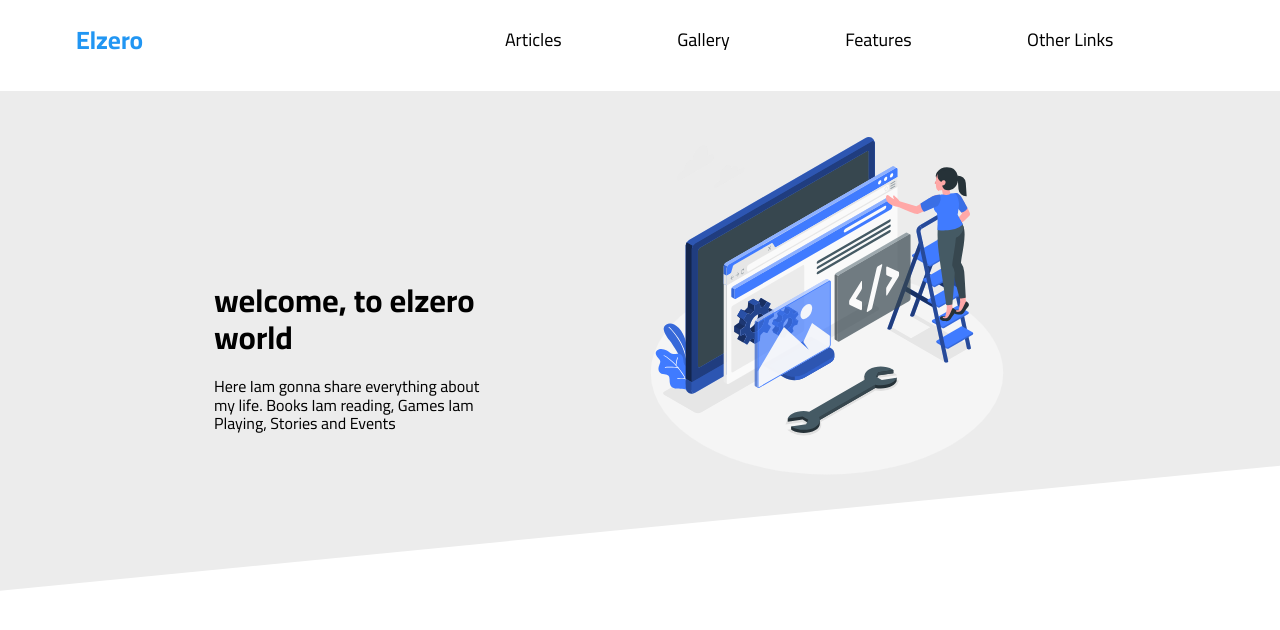
Repository: Toqa-25/elzeroAcdemey-Templete
Page: index.html
An editor plug-in stored every save of this project. The page is shown before and after the next save, followed by the edit.
The browser window is 1280 px wide. The pictures show the whole page.

Above is the page before, as saved 2022-01-16 21:30:49.

### index.html
<!DOCTYPE html>
<html lang="en">
<head>
    <meta charset="UTF-8">
    <meta http-equiv="X-UA-Compatible" content="IE=edge">
    <meta name="viewport" content="width=device-width, initial-scale=1.0">
    <!-- normalize file -->
    <link rel="stylesheet" href="css/normalize.css">
    <!-- css files -->
    <link rel="stylesheet" href="css/style.css">
    <!-- fontAwosem file -->
    <link rel="stylesheet" href="css/all.min.css">
     <!-- font files -->
     <link rel="preconnect" href="https://fonts.googleapis.com">
    <link rel="preconnect" href="https://fonts.gstatic.com" crossorigin>
    <link href="https://fonts.googleapis.com/css2?family=Cairo:wght@200;400;700;800;900&display=swap" rel="stylesheet">
    <!-- page title -->
    <title>templete 3</title>
</head>
<body>
    <!-- header section -->
    <header id="" class="">
        <div class="container">
            <div class="header-content">
                <div class="header-content-logo">
                    <a href="index.html" class="logo link-none">Elzero</a>
                </div>
                <nav>
                    <ul class="nav-list unlist">
                        <li class="nav-list-item"> <a href="" class="link-none  link-style" id="articles">articles</a></li>
                        <li class="nav-list-item"> <a href="" class="link-none  link-style" id="gallery">gallery</a></li>
                        <li class="nav-list-item"> <a href="" class="link-none  link-style" id="features">features</a></li>
                        <li class="nav-list-item" id="parent-other-links"> <a href="javascript:;" class="link-none  link-style " >other links</a>
                            <div class="other-links " id="child-other-links">
           <div class="other-links-content">
            <div class="other-links-content-img">
                <img src="images/header/Video files-amico.svg" alt="">
            </div>

            <ul class="other-links-list unlist">
            <div class="other-links-list-group-one">
              <li id="" class="other-links-list-item"><a href="" class="link-none  link-style "><i class="far fa-comments"></i> testimonials</a></li>
              <li id="" class="other-links-list-item"><a href="" class="link-none  link-style "><i class="far fa-user"></i> team member</a></li>
              <li id="" class="other-links-list-item"><a href="" class="link-none  link-style"><i class="far fa-building"></i> services</a></li>
              <li id="" class="other-links-list-item"><a href="" class="link-none  link-style"><i class="far fa-check-circle"></i> our skils</a></li>
              <li id="" class="other-links-list-item"><a href="" class="link-none  link-style"><i class="far fa-clipboard"></i> how it work</a></li>
            </div>
            <div class="other-links-list-group-one">
                <li id="" class="other-links-list-item"><a href="" class="link-none  link-style"><i class="far fa-calendar-alt"></i> events</a></li>
                <li id="" class="other-links-list-item"><a href="" class="link-none  link-style"><i class="fas fa-server"></i> pricing planes</a></li>
                <li id="" class="other-links-list-item"><a href="" class="link-none  link-style"><i class="far fa-play-circle"></i> top video</a></li>
                <li id="" class="other-links-list-item"><a href="" class="link-none  link-style"><i class="fas fa-chart-bar"></i> states</a></li>
                <li id="" class="other-links-list-item"><a href="" class="link-none  link-style"><i class="fas fa-percent"></i> request a discount</a></li>
            </div>
        </ul>
       </div>
       </div>
                        </li>

                    </ul>
                </nav>
            </div>
        </div>
    </header>
    <!-- welcom section -->
    <section id="welcome" class="welcome">
        <div class="container">
            <div class="welcome-content">
                <div class="welcome-content-info">
                    <h1 class="welcome-content-info-head">welcome, to elzero world</h1>
                    <div class="welcoome-content-info-text">Here Iam gonna share everything about my life. Books Iam reading, Games Iam Playing, Stories and Events</div>
                </div>
                <div class="welcome-content-img">
                    <img src="images/welcome/Website setup-amico.svg" alt="" srcset="">
                </div>
            </div>
        </div>

    </section>


       <script src="script.js">

       </script>
</body>
</html>

### css/style.css
 /*
  - container
  -section head

 */
 /* global style */
 :root{
     /* --main-color:#45B2F8; */
     --main-color:#2196F3;
     --s-background:#ececec54;
     --f-background:#ececec;
     --p-color:#D6ECEC;
 }

 *{
     box-sizing: border-box;
     margin: 0;
     padding: 0;
 }
html , body{
    width: 100%;
    height: 100%;
    margin: 0;
    padding: 0;
    overflow: hidden;
}
 body{
     font-family: "Cairo", sans-serif;
 }
 .container{
      width: 90%;
      margin:0 auto;
      /* padding: 15px 0; */
 }
 .link-none{
     text-decoration: none;
 }
 .unlist{
     list-style: none;
 }
 .link-style{
    font-size: 18px;
    text-transform: capitalize;
 }

 /* header style */
 header{
   margin-bottom: 10px;
 }
.header-content{
    display: flex;
    justify-content: space-between;
    align-items: center;
    padding: 10px 12px ;
    margin-bottom: 10px;
}
.logo{
    font-weight: bolder;
    font-size:25px;
    color:var(--main-color)
}

nav{
    width: 70%;
}
.nav-list{
    display: flex;
    justify-content: space-evenly;
    align-items: center;
}
.nav-list-item {
    cursor: pointer;
    color:#000;
    padding: 20px  25px;
    position: relative;
    transition: background-color .2s ;
    -webkit-transition: background-color .2s ;
    -moz-transition: background-color .2s ;
    -ms-transition: background-color .2s ;
    -o-transition: background-color .2s ;
}
.nav-list-item::before{
    content: "";
    height: 3px;
    width: 0;
    background-color: var(--main-color);
    position: absolute;
    top: 0px;
    left: 0;
    transition: width .6s;
    -webkit-transition: width .6s;
    -moz-transition: width .6s;
    -ms-transition: width .6s;
    -o-transition: width .6s;
}
.nav-list-item a{
        color:#000;
}

.nav-list-item:hover  {
    background-color: var(--s-background);
}
.nav-list-item:hover  a {
    color:var(--main-color);
}
.nav-list-item:hover::before{
        width: 100%;
}
#parent-other-links{
    position: relative;
}
#parent-other-links:hover #child-other-links{
    transform:translateY(20px) ;
    -webkit-transform:translateY(20px) ;
    -moz-transform:translateY(20px) ;
    -ms-transform:translateY(20px) ;
    -o-transform:translateY(20px) ;
}
/* media query for header*/
@media (max-width:767px){
    .header-content{
        flex-direction:column ;
        padding:5px 12px;
}
.header-content-logo{
    margin-bottom: 5px;
}
nav{
    width: 80%;
}
.nav-list-item{
    padding:17px 10px;
}
.nav-list-item a{
    font-size: 15px;
}
}
                       /*************************************/
/* style for other links */
.other-links{
 /*margin-top: 10px;
 */margin: 10 auto;
 transform: translatey(1000%);
 -webkit-transform: translatey(1000%);
 -moz-transform: translatey(1000%);
 -ms-transform: translatey(1000%);
 -o-transform: translatey(1000%);
 transition: transform .5s;
 -webkit-transition: transform .5s;
 -moz-transition: transform .5s;
 -ms-transition: transform .5s;
 -o-transition: transform .5s;
}
.other-links-content{
    display: flex;
    border-bottom: 4px solid var(--main-color);
    border-top: 2px solid var(--s-background);
}
.other-links-content-img{
    margin:auto;
}
.other-links-content-img img{
    width: 100%;
}
.other-links-list{
    width:55%;
    display: flex;
    justify-content: space-between;
    padding: 10px;
    align-items: center;
}
.other-links-list-group-one{
    width:45%
}
.other-links-list-item{
    padding: 15px ;
    border-bottom: 1px solid rgba(0, 0, 0, 0.337);
    position: relative;
    cursor: pointer;

}
.other-links-list-item:last-child{
    border:none;
}
.other-links-list-item::before{
    content:"";
    position: absolute;
    top: 0;
    left: 0;
    height: 100%;
    width: 0%;
    background-color: var(--s-background);
    transition:width .5s;
    -webkit-transition:width .5s;
    -moz-transition:width .5s;
    -ms-transition:width .5s;
    -o-transition:width .5s;
}
.other-links-list-item:hover::before{
    width: 100%;
}
.other-links-list-item a{
    font-weight: bold;
    color:var(--main-color)
}
.other-links-list-item > a > i{
 margin-right: 10px;
}
.other{
    transform: translatey(20px);
    -webkit-transform: translatey(20px);
    -moz-transform: translatey(20px);
    -ms-transform: translatey(20px);
    -o-transform: translatey(20px);
}
#child-other-links{
    width:85vw;
    position: absolute;
    right: 5px;
    /* background-color: violet; */
}
@media(max-width:991px){
    #child-other-links{
     width:87vw;
    }
     .other-links-content-img{
        display: none;
    }
    .other-links-list{
        width: 100%;
    }
}
@media(max-width:767px){
    #child-other-links{
        width:100vw;
        margin-right: -166px;
    }
     .other-links-list{
        flex-direction: column;
    }
        .other-links-list-group-one{
    width:100%;
}
.other-links-list-item:last-child{
    border-bottom: 1px solid rgba(0, 0, 0, 0.337);
}
 .other-links-list-item a{
     font-size: 18px;
 }
}
/********************************************************************************************/
/* style for other welcome section */

.welcome{
    /* background-color: var(--s-background);
    clip-path: polygon(0 0, 100% 0, 100% 35%, 0 70%);
    margin-bottom: 500px; */
    /* background-color: var(--s-background);
    clip-path: polygon(0 0, 100% 0, 100% 35%, 0 70%);
    margin-bottom: 500px; */
   background-color: var(--f-background);
    clip-path: polygon(0 0, 100% 0, 100% 75%, 0 100%);
    height: 500px;
    padding: 20px 0px;
    margin-bottom: 500px;

}

.welcome-content{
    display: flex;
}
.welcome-content-info{
    width:50%;
    padding: 150px;
}
.welcome-content-img{
    width:50%
}
.welcome-content-img img{
    width:65%
}

### script.js
let otherParent = document.getElementById("parent-other-links");
let otherChild = document.getElementById("child-other-links");
otherParent.onclick = function () {
  otherChild.classList.toggle("other");
};

Loaded but not shown: css/normalize.css (library); css/all.min.css (library)

After the next save:
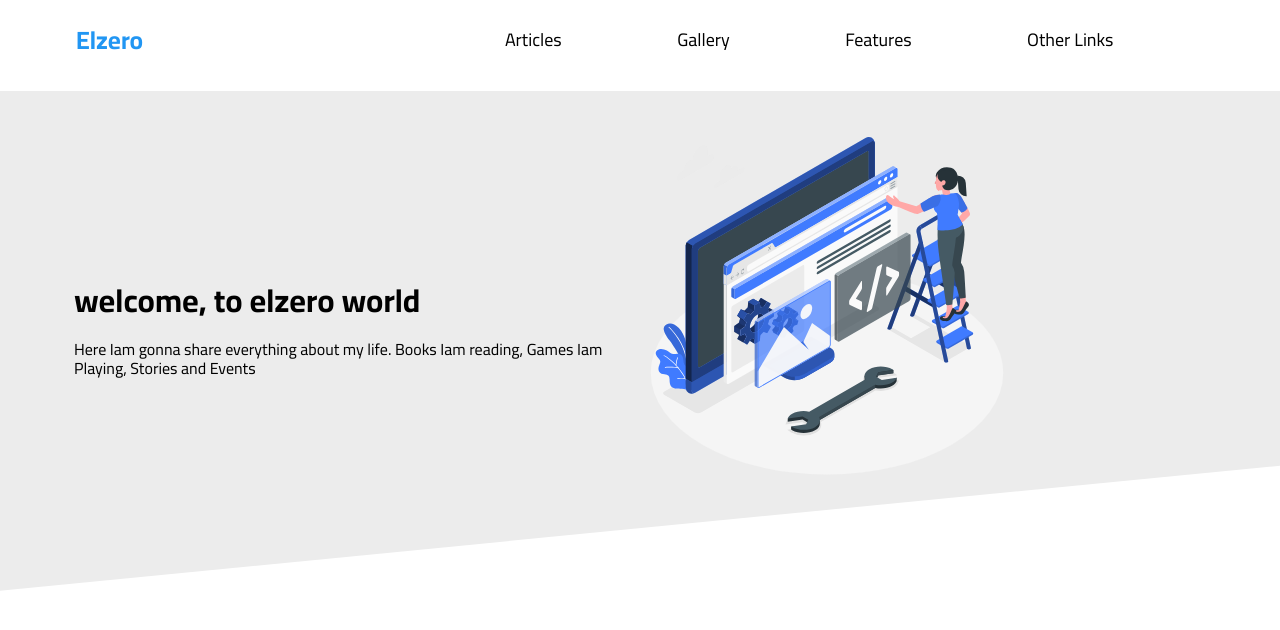
Saved 4 s later.
--- a/css/style.css
+++ b/css/style.css
@@ -271,7 +271,7 @@ nav{
 }
 .welcome-content-info{
     width:50%;
-    padding: 150px;
+    padding: 150px 10px;
 }
 .welcome-content-img{
     width:50%
